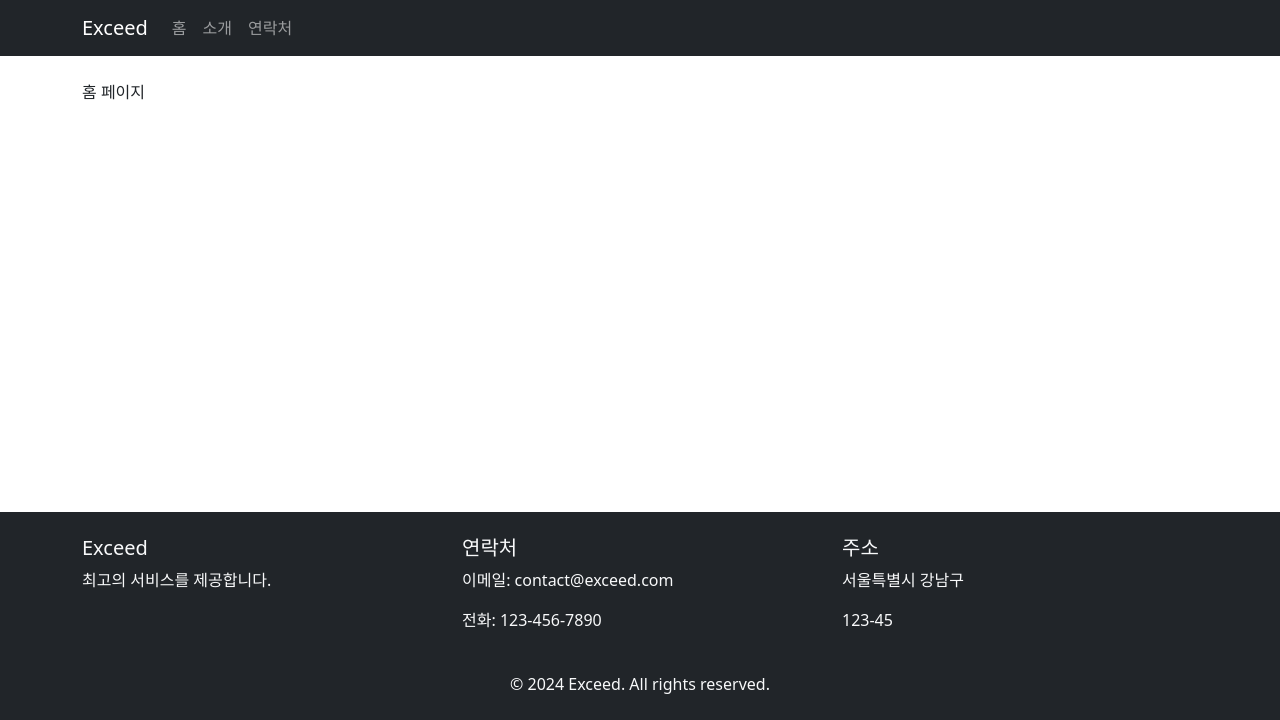
Repository: somej-123/exceed
Page: /
These files come from the project's save history. The page is drawn as it stood at one moment and after the next save; the edit follows.
The browser window is 1280 px wide. The pictures show the whole page.
The project was rebuilt for these pictures with package versions that can differ from the ones it lists, and the page was loaded fresh each time. Also part of the build but not shown: vite.config.ts.

Above is the page before, as saved 2025-03-23 18:28:40.

After the next save:
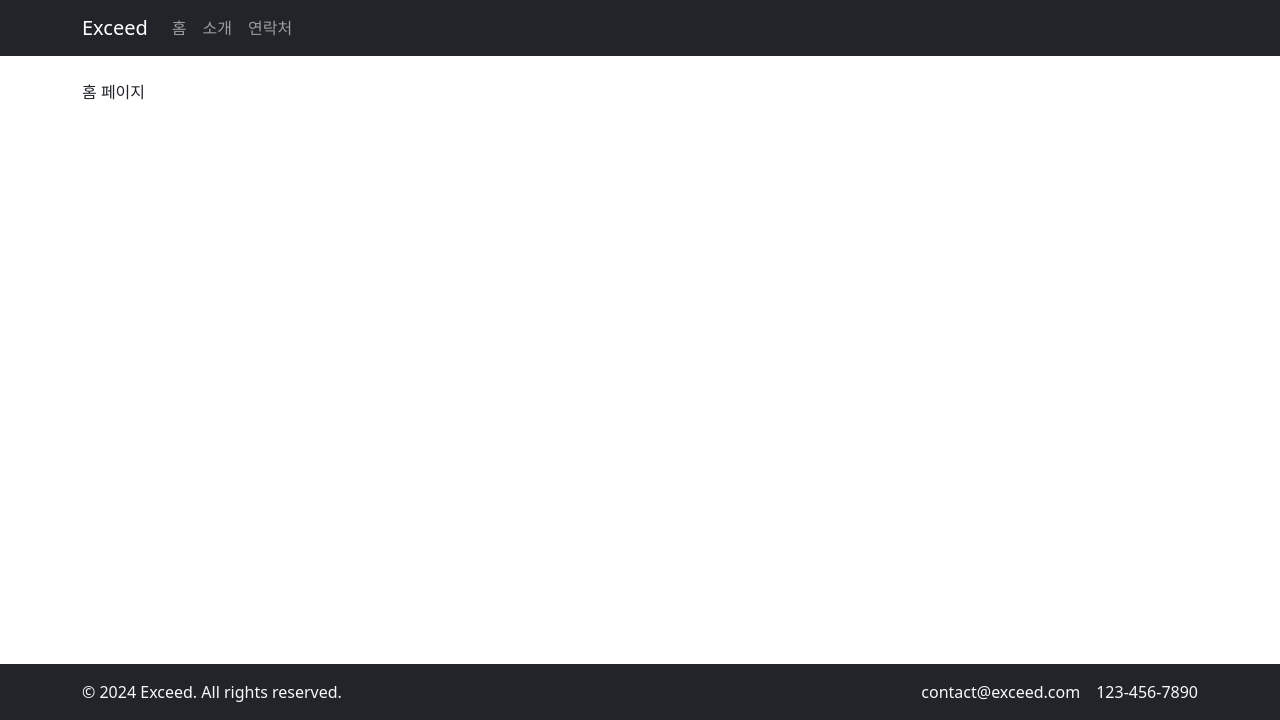
Saved 2 min 7 s later.
--- a/src/components/Footer.tsx
+++ b/src/components/Footer.tsx
@@ -2,27 +2,19 @@ import { Container, Row, Col } from 'react-bootstrap';
 
 const Footer = () => {
   return (
-    <footer className="bg-dark text-light py-4 mt-auto">
+    <footer className="bg-dark text-light py-3 mt-auto">
       <Container>
-        <Row>
-          <Col md={4}>
-            <h5>Exceed</h5>
-            <p>최고의 서비스를 제공합니다.</p>
+        <Row className="align-items-center">
+          <Col md={6} className="text-center text-md-start">
+            <p className="mb-0">&copy; 2024 Exceed. All rights reserved.</p>
           </Col>
-          <Col md={4}>
-            <h5>연락처</h5>
-            <p>이메일: contact@exceed.com</p>
-            <p>전화: 123-456-7890</p>
-          </Col>
-          <Col md={4}>
-            <h5>주소</h5>
-            <p>서울특별시 강남구</p>
-            <p>123-45</p>
-          </Col>
-        </Row>
-        <Row className="mt-4">
-          <Col className="text-center">
-            <p className="mb-0">&copy; 2024 Exceed. All rights reserved.</p>
+          <Col md={6} className="text-center text-md-end">
+            <a href="mailto:contact@exceed.com" className="text-light text-decoration-none me-3">
+              contact@exceed.com
+            </a>
+            <a href="tel:123-456-7890" className="text-light text-decoration-none">
+              123-456-7890
+            </a>
           </Col>
         </Row>
       </Container>
